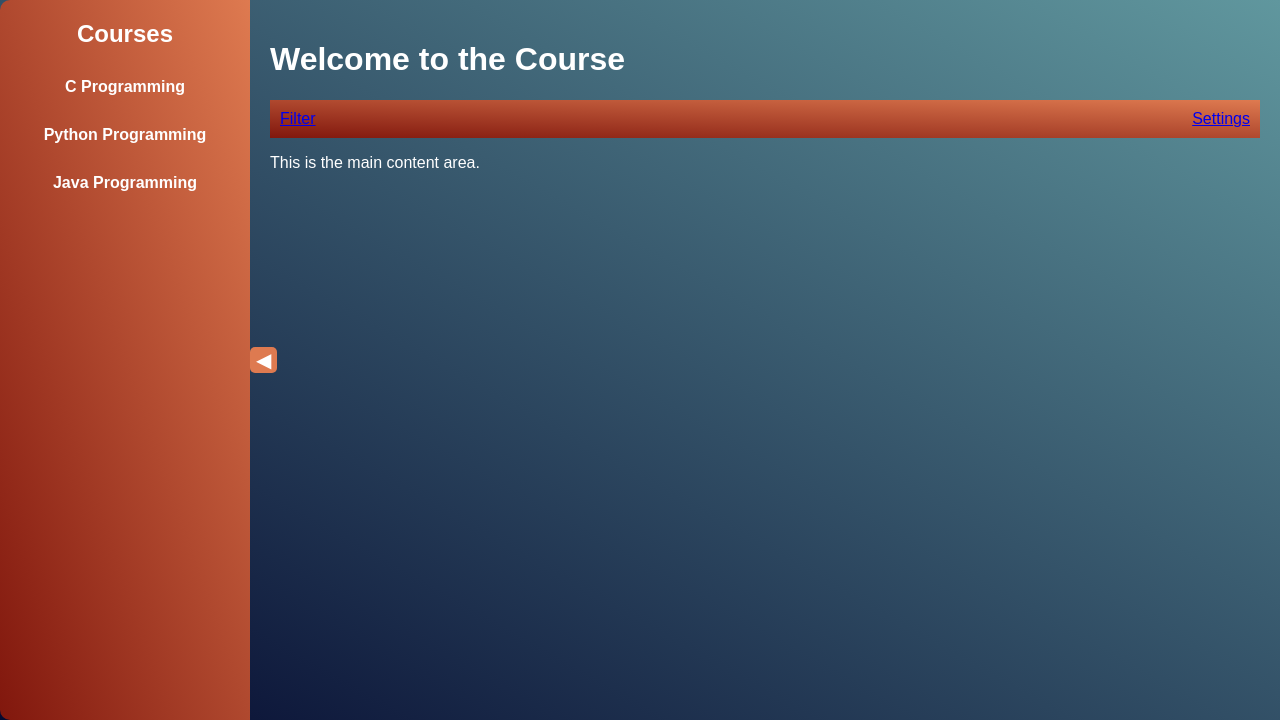
Repository: RishitSharma88/SeaGro
Page: templates/coursetemp.html
An editor plug-in stored every save of this project. The page is shown before and after the next save, followed by the edit.
The browser window is 1280 px wide. The pictures show the whole page.
The template is drawn by Flask 3. The application's start-up code is not run. Other server files are loaded and not shown. The template is opened directly, without the code that normally fills it, so the values that code supplies are empty.

Above is the page before, as saved 2024-12-27 14:31:22.

### templates/coursetemp.html
<!DOCTYPE html>
<html lang="en">
<head>
    <meta charset="UTF-8">
    <meta name="viewport" content="width=device-width, initial-scale=1.0">
    <title>Create New Password</title>
    <style>
        body {
            margin: 0;
            padding: 0;
            font-family: 'Arial', sans-serif;
            background: linear-gradient(to bottom left, #60979e, #050a30);
            color: #FFFFFF;
            display: flex;
            height: 100vh;
            overflow: hidden;
        }

        .sidebar {
            background: linear-gradient(to bottom left, #de7a50, #81170d);
            color: #ffff;
            width: 250px;
            height: 100%;
            border-radius: 10px 0 0 10px;
            overflow: auto;
            display: flex;
            flex-direction: column;
            align-items: center;
            position: fixed;
            left: 0;
            top: 0;
            transition: transform 0.3s ease;
        }

        .sidebar.collapsed {
            transform: translateX(-250px);
        }

        .h {
            font-size: 24px;
            font-weight: bold;
            text-align: center;
            margin: 20px 0;
        }

        .side-links {
            display: flex;
            flex-direction: column;
            gap: 10px;
            width: 100%;
            padding: 0 10px;
        }

        .side-links a {
            text-decoration: none;
            color: #fff;
            font-size: 1rem;
            font-weight: bold;
            padding: 10px;
            border-radius: 5px;
            text-align: center;
            transition: background-color 0.3s ease;
        }

        .side-links a:hover {
            background-color: rgba(255, 255, 255, 0.2);
        }

        .toggle-btn {
            position: fixed;
            top: 50%;
            left: 250px; /* Start next to the sidebar */
            transform: translateY(-50%);
            background: #de7a50;
            color: #fff;
            border: none;
            border-radius: 5px;
            font-size: 20px;
            cursor: pointer;
            transition: left 0.3s ease;
        }

        .toggle-btn.collapsed {
            left: 0; /* Stick to the left edge when sidebar is collapsed */
        }

        .main-content {
            margin-left: 250px;
            flex: 1;
            padding: 20px;
            transition: margin-left 0.3s ease;
        }

        .sidebar.collapsed + .main-content {
            margin-left: 0;
        }
        .topbar{
            background: linear-gradient(to bottom left, #de7a50, #81170d);
            color: #fff;
            padding: 10px;
            display: flex;
            justify-content: space-between;
            align-items: center;
            gap: 10px;
        }
    </style>
</head>
<body>
    <div class="sidebar">
        <h1 class="h">Courses</h1>
        <div class="side-links">
            <a href="login.html">C Programming</a>
            <a href="login.html">Python Programming</a>
            <a href="login.html">Java Programming</a>
        </div>
    </div>
    <button class="toggle-btn">&#9664;</button> <!-- Left arrow -->

    <div class="main-content">
        <h1>Welcome to the Course</h1>
        <div class="topbar">
            <a href="#">Filter</a>
            <a href="#">Settings</a>
        </div>
        <p>This is the main content area.</p>
    </div>

    <script>
        const sidebar = document.querySelector('.sidebar');
        const toggleBtn = document.querySelector('.toggle-btn');

        toggleBtn.addEventListener('click', () => {
            sidebar.classList.toggle('collapsed');
            toggleBtn.classList.toggle('collapsed');

            // Change the arrow direction
            toggleBtn.innerHTML = sidebar.classList.contains('collapsed') ? '&#9654;' : '&#9664;';
        });
    </script>
</body>
</html>

After the next save:
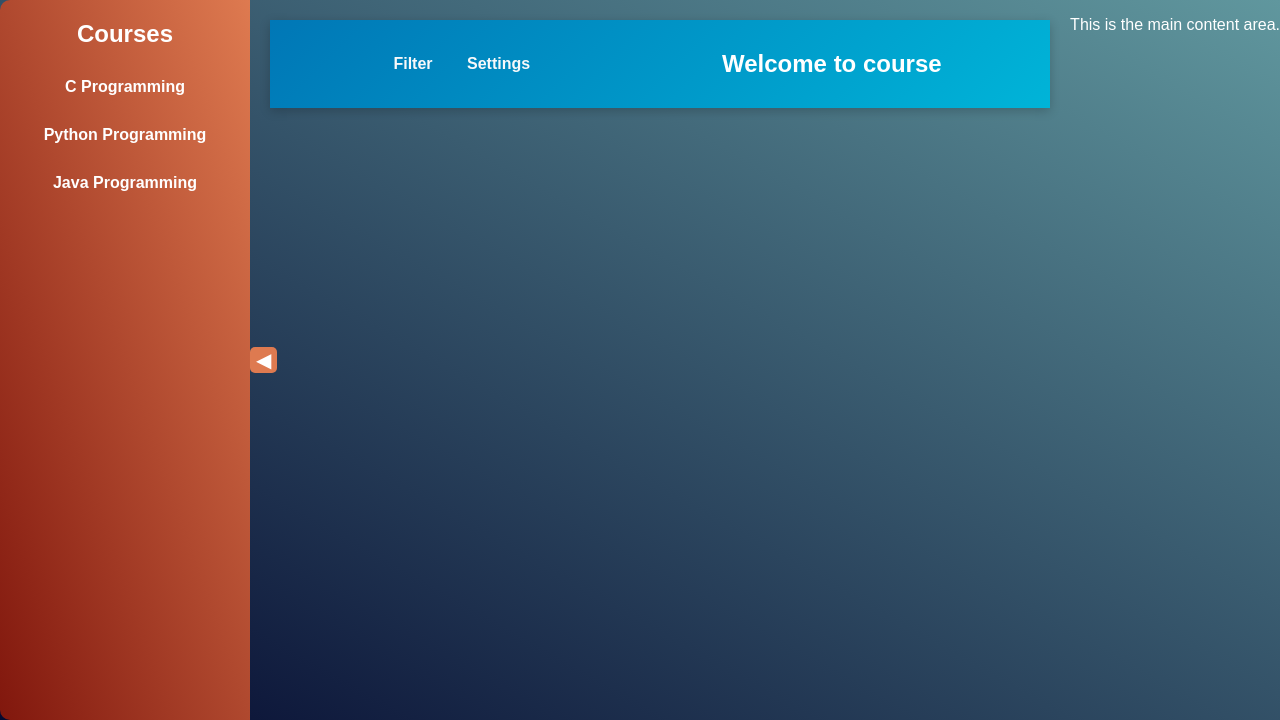
Saved 4 min 6 s later.
--- a/templates/coursetemp.html
+++ b/templates/coursetemp.html
@@ -94,14 +94,30 @@
         .sidebar.collapsed + .main-content {
             margin-left: 0;
         }
-        .topbar{
-            background: linear-gradient(to bottom left, #de7a50, #81170d);
-            color: #fff;
-            padding: 10px;
+        .navbar {
+            background: linear-gradient(135deg, #0077B6, #00B4D8);
             display: flex;
-            justify-content: space-between;
+            justify-content: space-around;
             align-items: center;
-            gap: 10px;
+            padding: 10px 20px;
+            box-shadow: 0 3px 10px rgba(0, 0, 0, 0.2);
+            position: sticky;
+            top: 0;
+            z-index: 1000;
+        }
+
+        .navbar a {
+            text-decoration: none;
+            color: #F8F9FA; /* Wave White */
+            font-weight: bold;
+            font-size: 1rem;
+            padding: 10px 15px;
+            transition: color 0.3s ease, transform 0.2s ease;
+        }
+
+        .navbar a:hover {
+            color: #FFD166; /* Sand Yellow */
+            transform: scale(1.1);
         }
     </style>
 </head>
@@ -117,10 +133,13 @@
     <button class="toggle-btn">&#9664;</button> <!-- Left arrow -->
 
     <div class="main-content">
-        <h1>Welcome to the Course</h1>
-        <div class="topbar">
-            <a href="#">Filter</a>
-            <a href="#">Settings</a>
+
+        <nav class="navbar">
+            <div>
+                <a href="#">Filter</a>
+                <a href="#">Settings</a>
+            </div>
+            <h1>Welcome to course</h1>
         </div>
         <p>This is the main content area.</p>
     </div>
